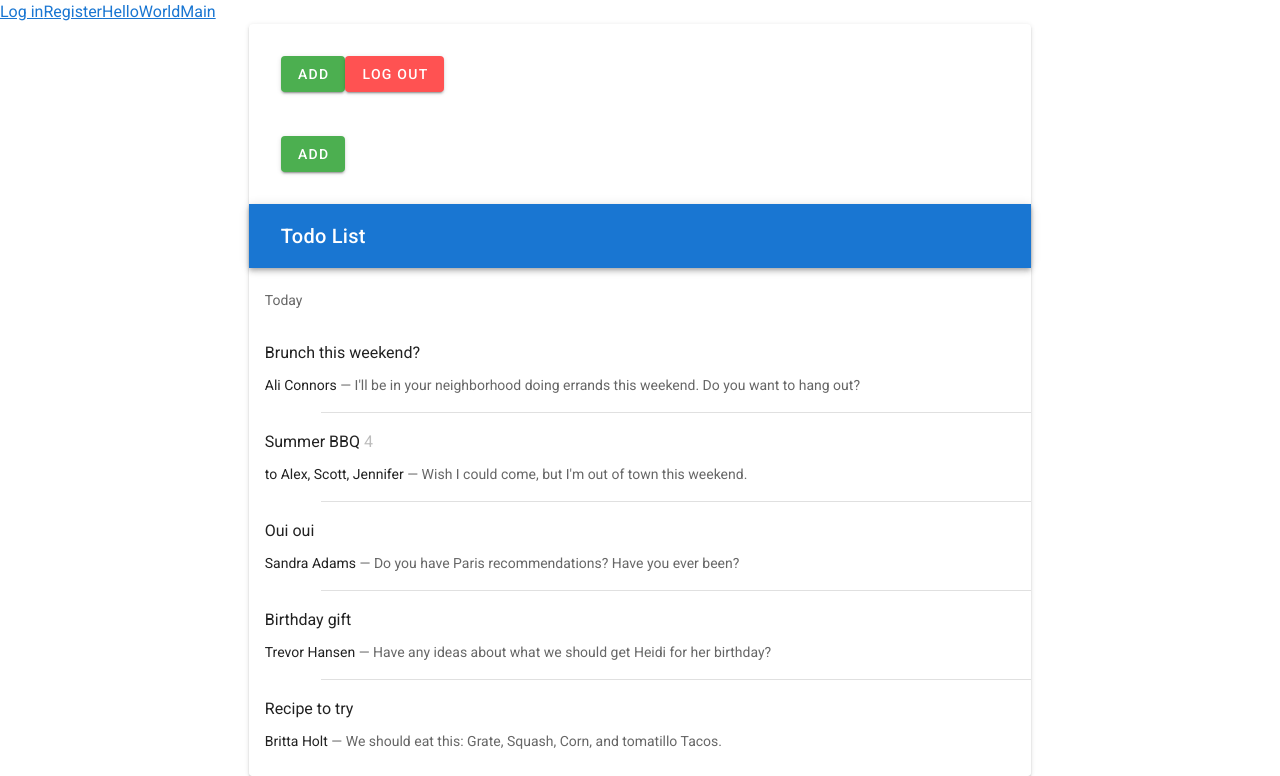
Repository: pao741/vue-todo
Page: /
The author's editor kept a copy of each file at every save. The page is drawn from the files as they stood at one save, then again after the next save.
The browser window is 1280 px wide. The pictures show the whole page.
The project was rebuilt for these pictures with package versions that can differ from the ones it lists, and the page was loaded fresh each time. Also part of the build but not shown: vue.config.js, src/components/Login.vue, src/components/Register.vue, src/components/HelloWorld.vue.

Above is the page before, as saved 2021-02-11 13:10:18.

After the next save:
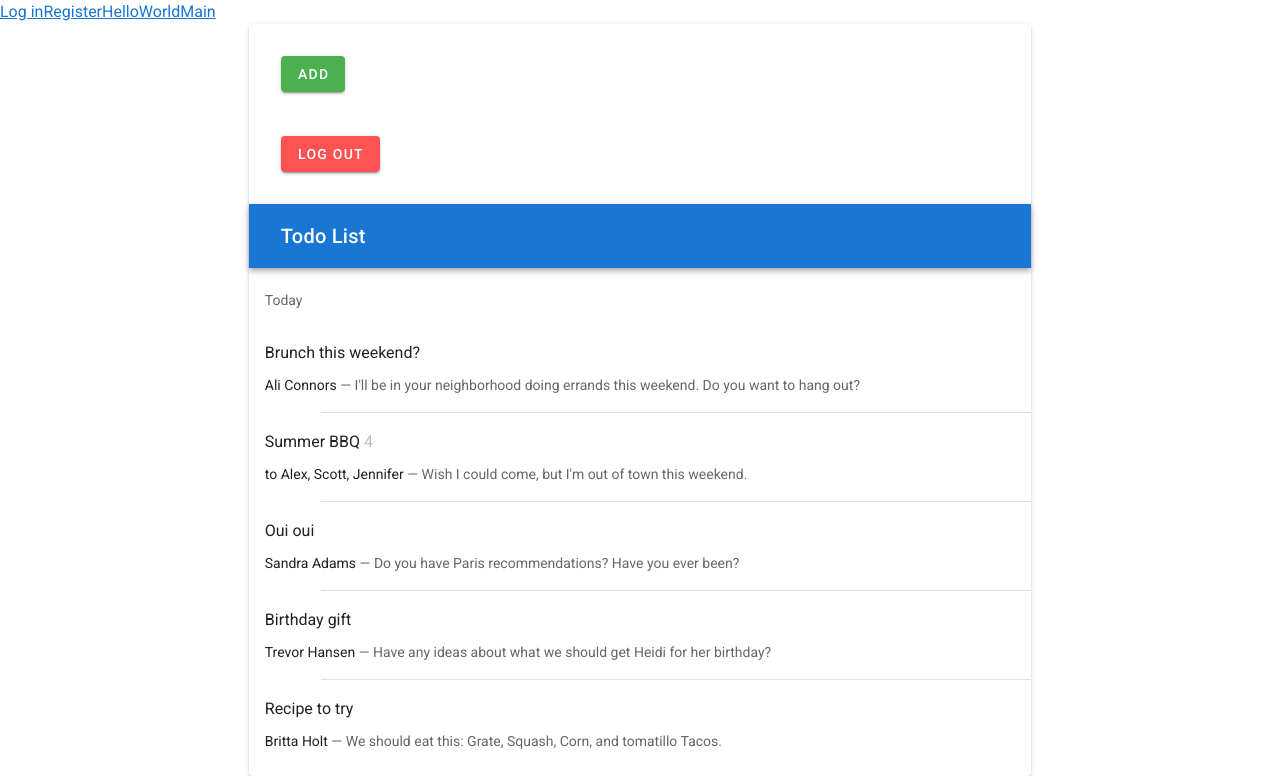
Saved 10 s later.
--- a/src/components/Main.vue
+++ b/src/components/Main.vue
@@ -34,14 +34,11 @@
           <v-btn justify="center" color="success" @click="adding = true">
             Add
           </v-btn>
-          <v-btn justify="center" color="error" @click="logOut">Log out</v-btn>
         </v-col>
       </v-row>
       <v-row justify="center" class="ma-5">
         <v-col>
-          <v-btn justify="center" color="success" @click="adding = true">
-            Add
-          </v-btn>
+          <v-btn justify="center" color="error" @click="logOut">Log out</v-btn>
         </v-col>
       </v-row>
       <v-toolbar color="primary" dark>
